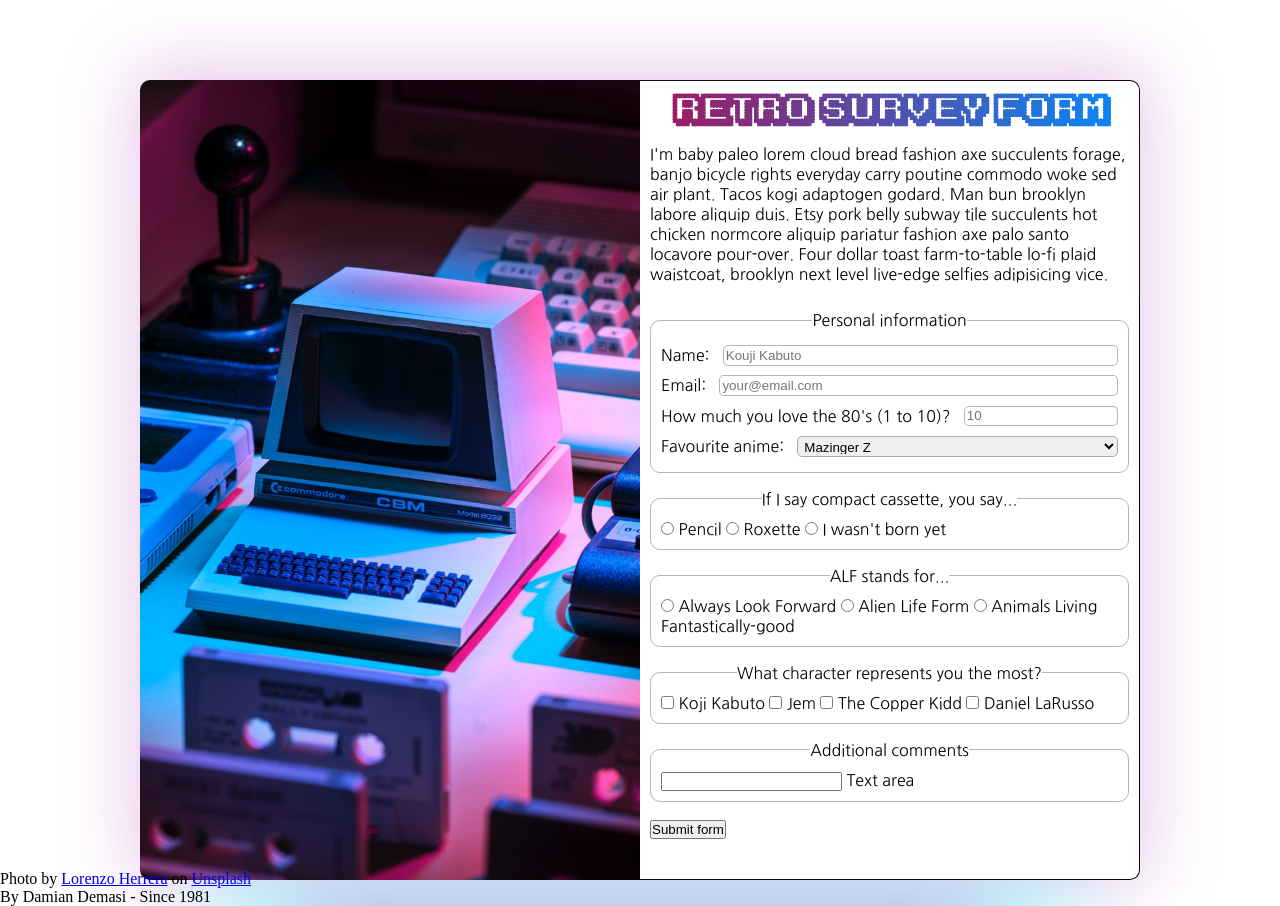
Repository: Colo-Codes/freecodecamp-02-Build-a-Survey-Form
Page: index.html
An editor plug-in stored every save of this project. The page is shown before and after the next save, followed by the edit.
The browser window is 1280 px wide. The pictures show the whole page.

Above is the page before, as saved 2021-05-18 17:58:43.

### index.html
<!DOCTYPE html>
<html lang="en">

<head>
    <meta charset="UTF-8">
    <meta http-equiv="X-UA-Compatible" content="IE=edge">
    <meta name="viewport" content="width=device-width, initial-scale=1.0">
    <link rel="stylesheet" href="./resources/css/index.css" type="text/css">
    <link rel="preconnect" href="https://fonts.gstatic.com">
    <link href="https://fonts.googleapis.com/css2?family=Nanum+Gothic:wght@400;800&display=swap" rel="stylesheet">
    <title>Retro Survey Form</title>
</head>

<body>
    <main id="grid-container">
        <header>
            <h1 id="title">Retro Survey Form</h1>
            <p id="description">I'm baby paleo lorem cloud bread fashion axe succulents forage, banjo bicycle rights
                everyday carry poutine commodo woke sed air plant. Tacos kogi adaptogen godard. Man bun brooklyn labore
                aliquip duis. Etsy pork belly subway tile succulents hot chicken normcore aliquip pariatur fashion axe
                palo santo locavore pour-over. Four dollar toast farm-to-table lo-fi plaid waistcoat, brooklyn next
                level live-edge selfies adipisicing vice.</p>
        </header>
        <section>
            <form action="#" id="survey-form" method="POST">
                <fieldset id="personal-info">
                    <legend>Personal information</legend>
                    <label for="name" id="name-label">
                        Name: <input type="text" id="name" placeholder="Kouji Kabuto" required>
                    </label>
                    <label for="email" id="email-label">
                        Email: <input type="email" id="email" placeholder="your@email.com" required> <!-- validate -->
                    </label>
                    <label for="number" id="number-label">
                        How much you love the 80's (1 to 10)? <input type="number" id="number" placeholder="10" min="1"
                            max="10" required>
                    </label>
                    <label for="dropdown"> Favourite anime:
                        <select name="favourite" id="dropdown">
                            <option value="mazinger-z">Mazinger Z</option>
                            <option value="macross-robotech">Macross (Robotech)</option>
                            <option value="crusher-joe">Crusher Joe</option>
                            <option value="momo">Magical Princess Minky Momo</option>
                            <option value="gundam">Mobile Suit Zeta Gundam</option>
                            <option value="dragon-ball">Dragon Ball</option>
                            <option value="galactic-heroes">Legend of the Galactic Heroes</option>
                        </select>
                    </label>
                </fieldset>

                <fieldset id="cassette">
                    <legend>If I say compact cassette, you say...</legend>
                    <label for="pencil">
                        <input type="radio" name="cassette-match" value="pencil" id="pencil"> Pencil
                    </label>
                    <label for="roxette">
                        <input type="radio" name="cassette-match" value="roxette" id="roxette"> Roxette
                    </label>
                    <label for="not-born">
                        <input type="radio" name="cassette-match" value="not-born" id="not-born"> I wasn't born yet
                    </label>
                </fieldset>
                <fieldset id="alf">
                    <legend>ALF stands for...</legend>
                    <label for="always">
                        <input type="radio" name="alf" value="always" id="always"> Always Look Forward
                    </label>
                    <label for="alien">
                        <input type="radio" name="alf" value="alien" id="alien"> Alien Life Form
                    </label>
                    <label for="animals">
                        <input type="radio" name="alf" value="animals" id="animals"> Animals Living Fantastically-good
                    </label>
                </fieldset>
                <fieldset id="character">
                    <legend>What character represents you the most?</legend>
                    <label for="koji">
                        <input type="checkbox" name="character" value="koji" id="koji"> Koji Kabuto
                    </label>
                    <label for="jem">
                        <input type="checkbox" name="character" value="jem" id="jem"> Jem
                    </label>
                    <label for="copper">
                        <input type="checkbox" name="character" value="copper" id="copper"> The Copper Kidd
                    </label>
                    <label for="larusso">
                        <input type="checkbox" name="character" value="larusso" id="larusso"> Daniel LaRusso
                    </label>
                </fieldset>
                <fieldset id="additional-comments">
                    <legend>Additional comments</legend>
                    <label for="">
                        <input type="textarea"> Text area
                    </label>
                </fieldset>
                <input type="submit" value="Submit form">
            </form>
        </section>
        <div id="main-image" role="img" aria-label="Retro computers and devices from the 80's under a blue and violet light"></div>
    </main>
    <div id="glow-1"></div>
    <div id="glow-2"></div>
    <footer>
        <p>Photo by <a href="https://unsplash.com/@lorenzoherrera?utm_source=unsplash&utm_medium=referral&utm_content=creditCopyText">Lorenzo Herrera</a> on <a href="https://unsplash.com/?utm_source=unsplash&utm_medium=referral&utm_content=creditCopyText">Unsplash</a></p>
        <p>By Damian Demasi - Since 1981</p>

    </footer>
</body>

</html>

### resources/css/index.css
@font-face {
    font-family: 'Karmatic Arcade';
    src: url("../fonts/ka1.ttf");
    font-weight: normal;
    font-style: normal;
}
/* Initial reset */
html {
    box-sizing: border-box;
    font-size: 16px;
}
*, *:before, *:after {
    box-sizing: inherit;
    margin: 0;
    padding: 0;
    /*outline: 1px dashed blue; /* Debugging purposes */
}
/* Grid */
#grid-container {
    width: 1000px; /* TODO media query */
    height: 800px; /* TODO media query */
    display: grid;
    flex-direction: row;
    margin: 5rem auto 50px auto;
    border-radius: 10px;
    /* border: 1px solid red; */
    grid-template: 220px 1fr / 1fr 1fr;
    box-shadow: 0px -5px 70px 10px rgba(181, 83, 196, .3);

}
#main-image {
    background-image: url(../img/lorenzo-herrera-p0j-mE6mGo4-unsplash.jpg);
    background-repeat: no-repeat;
    background-position: 50%;
    background-size: cover;
    order: -1;
    grid-area: 1 / 1 / 3 / 2; /* the whole left column */
    border-radius: 10px 0 0 10px;
}
header {
    background-color: white;
    grid-area: 1 / 2 / 2 / 3; /* top right */
    border-radius: 0 10px 0 0;
    border-top: 1px solid rgb(26, 6, 18);
    border-right: 1px solid rgb(26, 6, 18);

}
section {
    background-color: white;
    grid-area: 2 / 2 / 3 / 3; /* top right */
    border-radius: 0 0 10px 0;
    border-bottom: 1px solid rgb(10, 1, 4);
    border-right: 1px solid rgb(10, 1, 4);
}
/* Form */
form {
    margin: 10px;
    font-family: 'Nanum Gothic', sans-serif;
}
h1 {
    margin-top: 10px;
    font-family: "Karmatic Arcade", sans-serif;
    text-align: center;
    background: linear-gradient(90deg, #A4155B, #028CFD);
    -webkit-background-clip: text;
    -webkit-text-fill-color: transparent;
}
header p {
    padding: 1em 10px 1em 10px;
    font-family: 'Nanum Gothic', sans-serif;
}
fieldset {
    padding: 10px;
    border: 1px solid rgba(26, 6, 18, .3);
    border-radius: 10px;
    margin-bottom: 1rem;;
}
legend {
    text-align: center;
}
#personal-info {
    display: flex;
    flex-direction: column;
    align-items: stretch;
}
#personal-info label {
    display: flex;
    margin: .3rem 0;
}
#personal-info input, #personal-info select {
    flex: 1 1 auto;
    margin-left: 1em;
    padding: 2px;
    height: 1.3rem;
    border: 1px solid rgba(26, 6, 18, .3);
    border-radius: 5px;
}
/* Glow */
#glow-1 {
    width: 850px; /* TODO media query */
    margin: -60px auto;
    box-shadow: 0px 40px 80px 10px #0ff;
}
#glow-2 {
    width: 650px; /* TODO media query */
    margin: -60px auto;
    box-shadow: 0px 80px 80px 20px rgb(181, 83, 196);
}

After the next save:
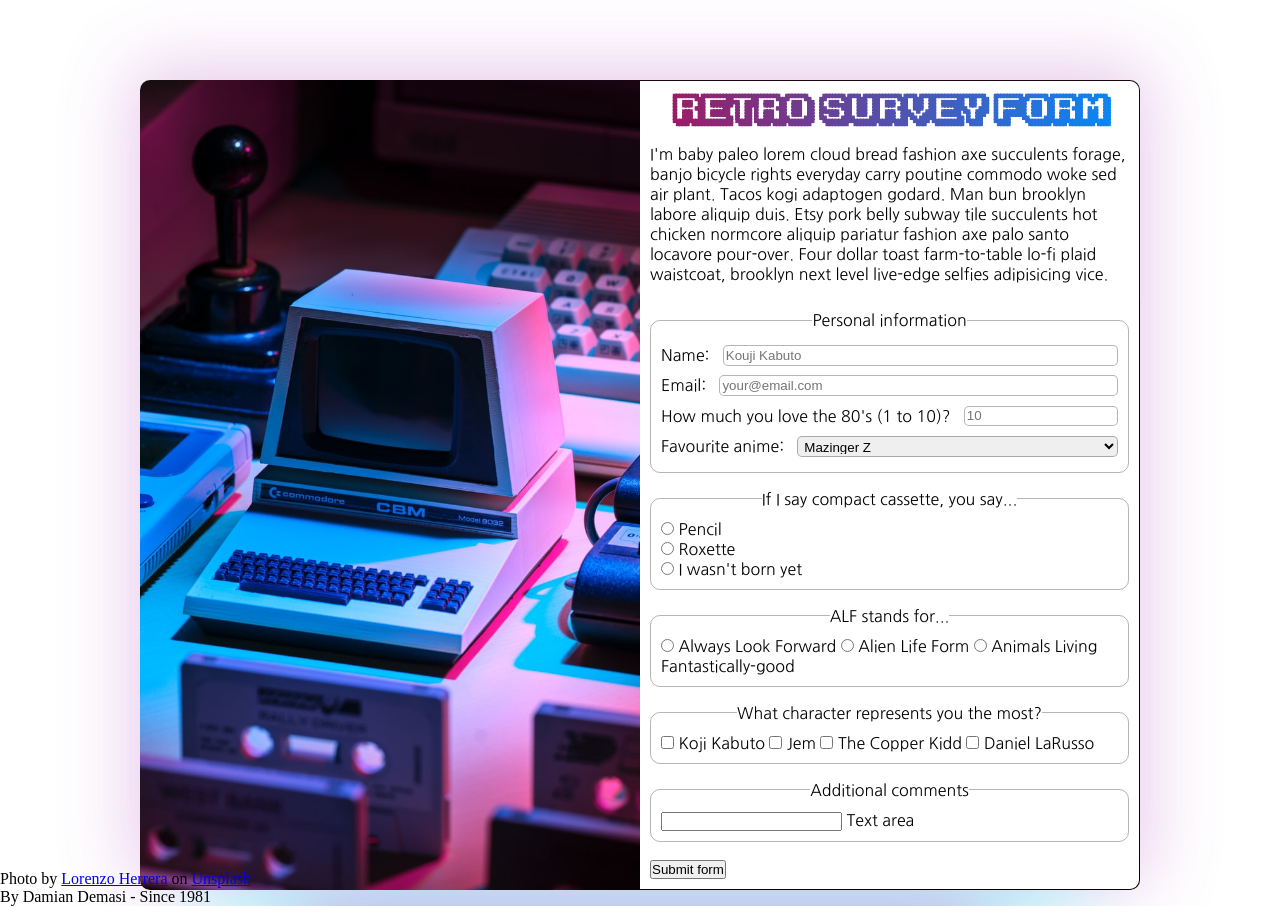
Saved 101 s later.
--- a/resources/css/index.css
+++ b/resources/css/index.css
@@ -95,6 +95,11 @@
     border: 1px solid rgba(26, 6, 18, .3);
     border-radius: 5px;
 }
+#cassette {
+    display: flex;
+    flex-direction: column;
+    align-items: stretch;
+}
 /* Glow */
 #glow-1 {
     width: 850px; /* TODO media query */

After the save that followed:
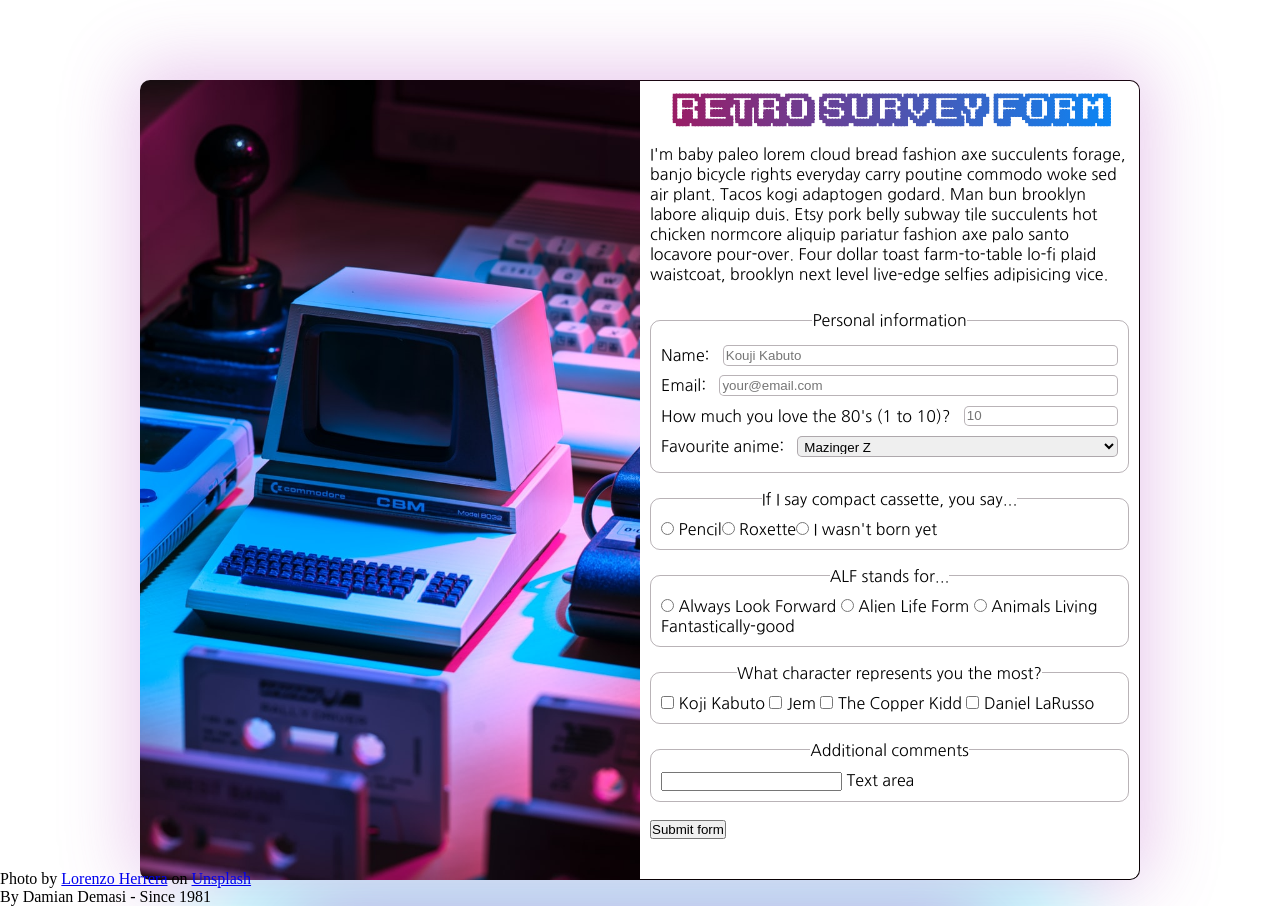
Saved 7 s later.
--- a/resources/css/index.css
+++ b/resources/css/index.css
@@ -97,7 +97,7 @@
 }
 #cassette {
     display: flex;
-    flex-direction: column;
+    flex-direction: row;
     align-items: stretch;
 }
 /* Glow */
